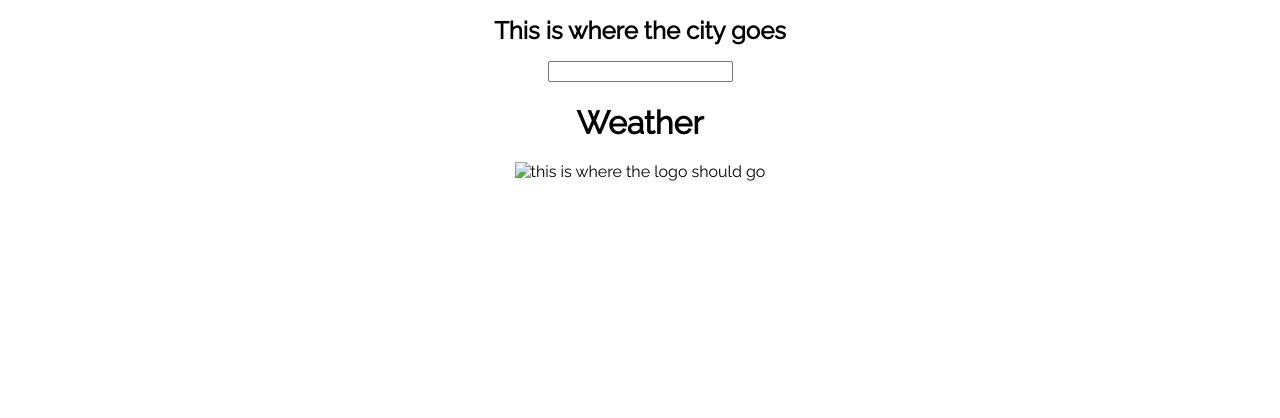
Repository: Juliolikescoding/js_weather
Page: index.html
These files come from the project's save history. The page is drawn as it stood at one moment and after the next save; the edit follows.
The browser window is 1280 px wide. The pictures show the whole page.

Above is the page before, as saved 2018-05-22 20:22:54.

After the next save:
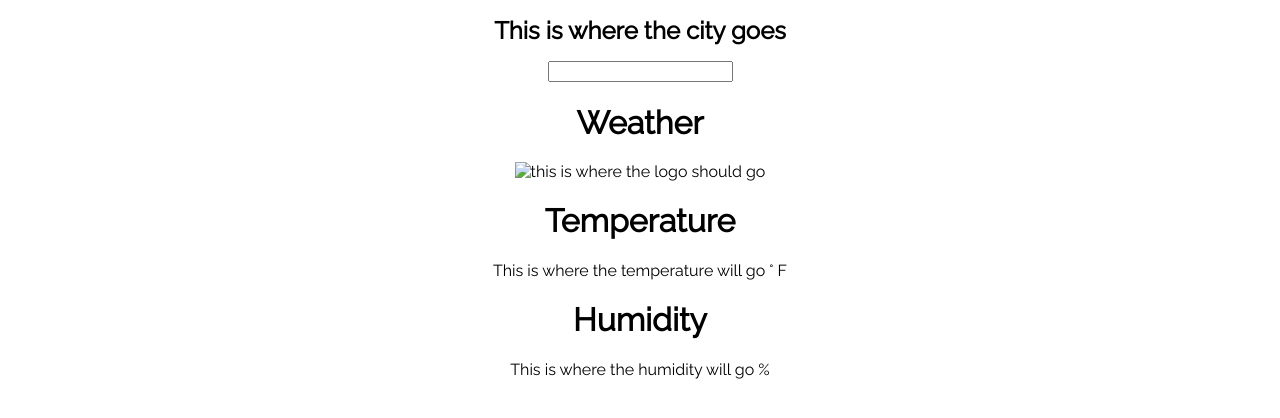
Saved 9 min 3 s later.
--- a/index.html
+++ b/index.html
@@ -14,6 +14,17 @@
     <h1>Weather</h1>
     <div class="weather"></div>
     <img src="" alt="this is where the logo should go" class="icon">
+    <h1>Temperature</h1>
+    <div>
+        <span class="temp">This is where the temperature will go</span>
+        <span class="deg">&deg; F</span>
+    </div>
+    <!-- convert to C -->
+    <h1>Humidity</h1>
+    <div>
+        <span class="humid">This is where the humidity will go</span>
+        <span>%</span>
+    </div>
     <script src="js/main.js"></script>
 </body>
 </html>
